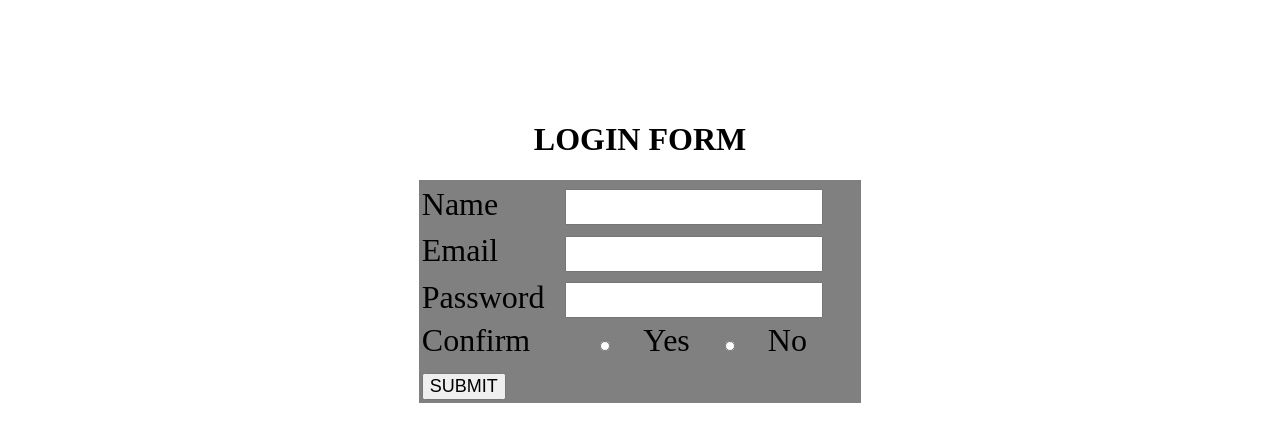
Repository: obusakthi539/Loginform
Page: Login.html
An editor plug-in stored every save of this project. The page is shown before and after a run of saves, followed by the edit.
The browser window is 1280 px wide. The pictures show the whole page.

Above is the page before, as saved 2025-01-10 18:27:36.

### Login.html
<!DOCTYPE html>
<html lang="en">
<head>
    <meta charset="UTF-8">
    <meta name="viewport" content="width=device-width, initial-scale=1.0">
    <title>Document</title>
    <style>
        body{
             display: flex;
             flex-direction:column;
             align-items: center;
             justify-content: center;
             margin-top: 100px;
        }
        .a{
            background-color:gray;
            font-size: xx-large;
            width: 35%;
            display: flex;
           flex-direction: column;

        }
        .a input{
            width: 250px;
            height: 30px;
        }
        #i{
            width: 70px;
            height: 10px;
        }
        button{
            text-align: center;
            font-size:large;
            align-items:center;
        }
    </style>
</head>
<body>

    <h1>LOGIN FORM</h1>
    <div class="a">
        <form action=""></form>
        <table>
            <tr>
                <td><label for="">Name</label></td>
                <td><input type="text"></td>
            </tr>
            <tr>
                <td><label for="">Email</label></td>
                <td><input type="email"></td>
            </tr>
            <tr>
                <td> <label for="">Password</label></td>
                <td><input type="password"></td>
            </tr>
            <tr>
                <td> <label for="">Confirm</label></td>
                <td radio><input type="radio" name="a" id="i">Yes<input type="radio" name="a" id="i">No</td>
            </tr>
            <tr>
                <td><button>SUBMIT</button></td>
            </tr>
        </table>
    </div>
</body>
</html>

After the next 2 saves:
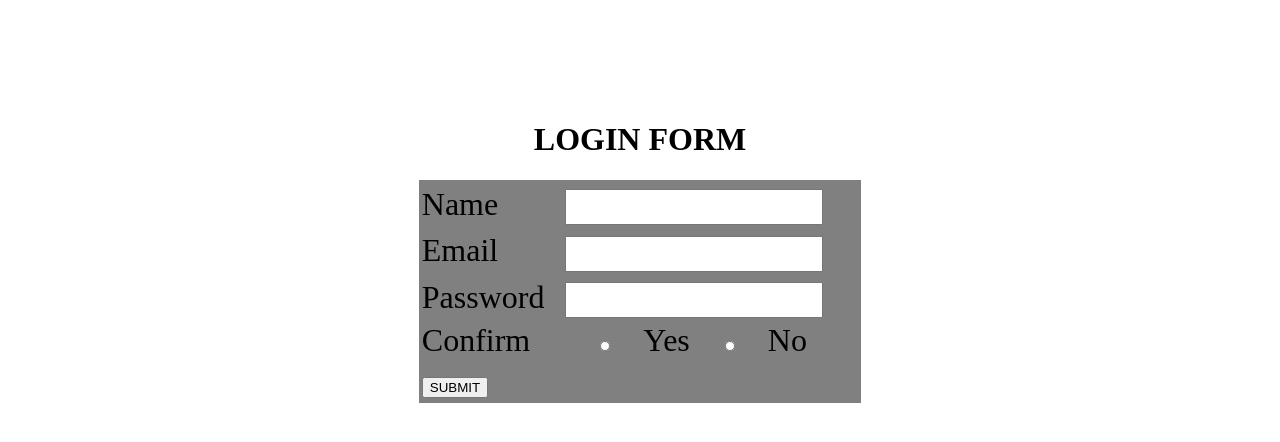
The 2 saves are shown as one change because they came seconds apart.
The last was saved 58 s later.
--- a/Login.html
+++ b/Login.html
@@ -29,7 +29,7 @@
             height: 10px;
         }
         button{
-            text-align: center;
+            fl
             font-size:large;
             align-items:center;
         }
